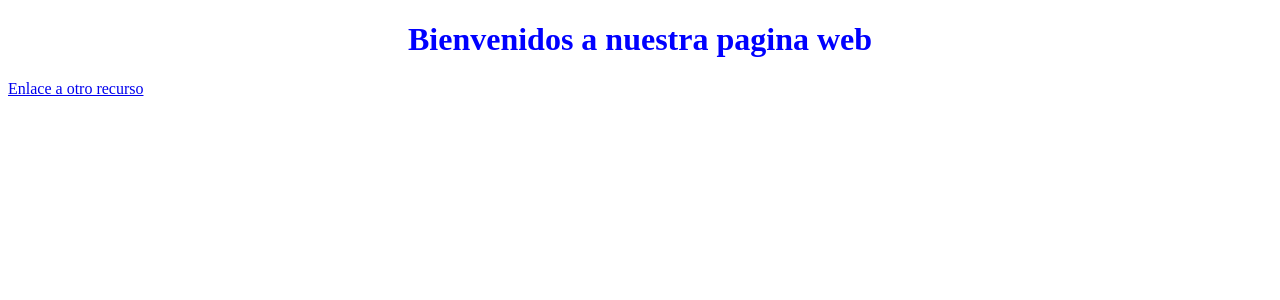
Repository: conmarred/Ejercicio4-Web
Page: Ejercicio4Web/src/main/webapp/index.html
These files come from the project's save history. The page is drawn as it stood at one moment and after the next save; the edit follows.
The browser window is 1280 px wide. The pictures show the whole page.

Above is the page before, as saved 2022-03-09 12:04:03.

After the next save:
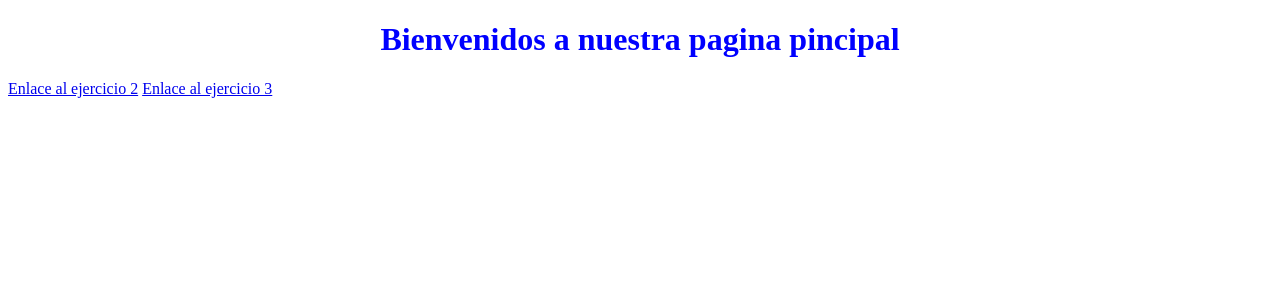
Saved 103 s later.
--- a/Ejercicio4Web/src/main/webapp/index.html
+++ b/Ejercicio4Web/src/main/webapp/index.html
@@ -2,11 +2,12 @@
 <html>
 <head>
 	<meta charset="UTF-8">
-	<title>Bienvenido!</title>
+	<title>Pagina principal</title>
 	<link rel="stylesheet" href="css/estilos.css">
 </head>
 <body>
-	<h1>Bienvenidos a nuestra pagina web</h1>
-	<a href="recurso1.html">Enlace a otro recurso</a>
+	<h1>Bienvenidos a nuestra pagina pincipal</h1>
+	<a href="recurso1.html">Enlace al ejercicio 2</a>
+	<a href="recurso1.html">Enlace al ejercicio 3</a>
 </body>
 </html>
